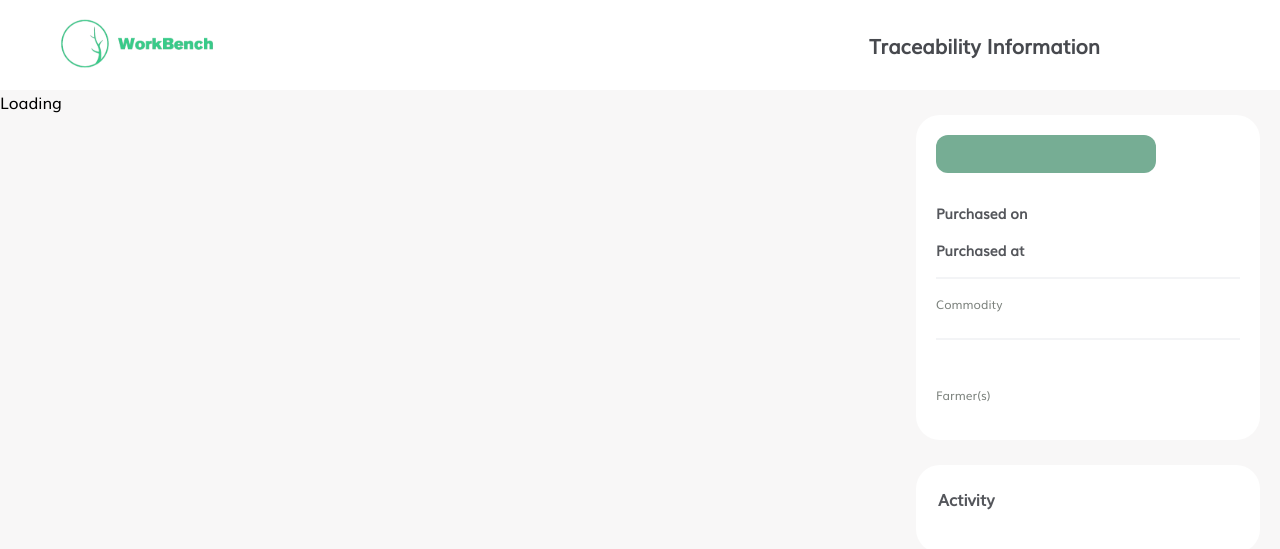
Repository: Hamezry/Traceability-Page
Page: /
These files come from the project's save history. The page is drawn as it stood at one moment and after the next save; the edit follows.
The browser window is 1280 px wide. The pictures show the whole page.
The page's requests for data from a server got no answer. The project was rebuilt for these pictures with package versions that can differ from the ones it lists, and the page was loaded fresh each time. No one was signed in, and anything a server would have sent is missing.

Above is the page before, as saved 2022-09-18 09:28:22.

### public/index.html
<!DOCTYPE html>
<html lang="en">
  <head>
    <meta charset="utf-8" />
    <meta name="viewport" content="width=device-width, initial-scale=1" />
    <meta name="theme-color" content="#000000" />
    <meta
      name="description"
      content="Web site created using create-react-app"
    />
    <link rel="preconnect" href="https://fonts.googleapis.com">
    <link rel="preconnect" href="https://fonts.gstatic.com" crossorigin>
    <!-- <link href="https://fonts.googleapis.com/css2?family=Mulish:wght@300;400;600&display=swap" rel="stylesheet"> -->
    <title>Traceability page</title>
  </head>
  <body>
    <noscript>You need to enable JavaScript to run this app.</noscript>
    <div id="root"></div>

  </body>
</html>

### src/index.css
@tailwind base;
@tailwind components;
@tailwind utilities;

@font-face {
    font-family: 'Muli';
    src: local('Muli'), url("./fonts/Muli-Regular.ttf") format("truetype");
}


@font-face {
    font-family: 'Muli';
    src: url('./fonts/Muli-Regular.ttf') format("truetype");
}

body {
    font-family: 'Muli' !important;
}

### src/App.js
import './index.css';
import Navbar from './components/Navbar';
import Information from './components/Information';
import Sidemap from './components/Sidemap';
import { BrowserRouter, Route, Routes } from 'react-router-dom';

function App() {
  return (
    <BrowserRouter>

      <Routes>

          <Route path='/' element={
            <div>
              <Navbar />
              <div className="lg:flex lg:justify-between w-full  lg:h-[calc(100vh-90px)] lg:overflow-y-hidden bg-[#f8f7f7]">
                <Sidemap />
                <Information />
              </div>

            </div>

          } />

      </Routes>
    </BrowserRouter>
  );
}

export default App;

### src/components/Navbar.js
import React from 'react'
import logo from '../Assets/logo.svg'

const Navbar = () => {
  return (
    <div className='w-full flex justify-center h-[90px] bg-white sticky font-muli  z-30  top-0 lg:items-center lg:justify-between '>

        <img src= {logo} alt='nav-icon' className='h-[80px] w-[188px] lg:ml-[50px]'/>
        <p className='hidden lg:block mr-[230px] lg:mr-[180px] 2xl:mr-[290px] text-[#47494E] font-semibold  text-[20px]'>Traceability Information</p>

    </div>
  )
}

export default Navbar

### src/components/Information.js
import React, { useEffect, useState } from 'react'
import image1 from '../Assets/image-2.png'
import purchased from '../Assets/purchase.svg'
import axios from 'axios'
import { useLocation } from 'react-router-dom'



function Information() {

    const [list, setList] = useState([])
    const search = useLocation().search;
    const qr_code = new URLSearchParams(search).get('qr_code')

    useEffect(() => {
        axios.get(`https://wb3test.afexnigeria.com/WB3/api/v1/traceability/info/${qr_code}`)
            .then(res => {
                setList(res.data.data)
                console.log(res.data)
            }).catch(err => {
                console.log(err)
            })
    }, [qr_code])


    return (
        <div className='lg:h-full  lg:w-[30%] font-muli lg:overflow-y-auto'>

            <div id="TQC" className=" z-10  top-0 flex lg:flex  flex-col px-[20px]">

                <div className="flex-1 flex bg-white lg:w-[100%] lg:mx-auto lg:mt-[25px] flex-col h-[556px] p-[20px] rounded-3xl">

                    {/*TQC */}
                    <div className='mb-4 border-b-2 border-b-gray-100 '>
                        <div className='bg-[#76AD94] text-white text-center py-2 font-semibold text-[16px] max-w-[220px] h-[38px] mb-[30px] rounded-xl'> <p>{list.qr_code}</p></div>
                        <p className='text-[#54565B] text-[14px] mb-4 font-semibold'>Purchased on <span className='font-normal'>{list.purchased_on}</span></p>
                        <p className=' text-[#54565B] text-[14px] mb-4 font-semibold'>Purchased at <span className='font-normal'>{list.purchased_at}</span></p>

                    </div>

                    <div className='mb-4 border-b-2  border-b-gray-100 '>
                        <p className='text-[#7C827D] text-[12px] mb-[25px] '>Commodity</p>
                        <p className='text-[#47494E] text-[14px] mb-4 font-medium '>{list.commodity}</p>

                    </div>

                    <div className='mt-[30px] mb-4'>

                        <p className='text-[#7C827D] text-[12px]'>Farmer(s)</p>

                        {
                            list?.farmers?.map((item, index) => {
                                return (
                                    <div key={index} className='w-[232px] h-[71px] shadow p-3 flex items-center mt-[20px] rounded-xl'>
                                        <img src={image1} alt='profilepic' />
                                        <p className='text-[#47494E] text-[16px] ml-5  font-medium '>{item.first_name} {item.last_name}<br /> <span className='text-[#707673] text-[12px]'>{item.age} years &nbsp; | &nbsp;  {item.gender}</span></p>
                                    </div>
                                )
                            })
                        }



                    </div>


                </div>



            </div>




            <div id="Activity" className=" top-0 flex lg:flex flex-shrink-0 flex-col px-[20px]">

                <div className="flex-1 flex bg-white lg:w-[100%] lg:mx-auto mt-[25px] mb-5 flex-col  h-[900px] p-[22px] rounded-3xl ">

                    <p className='text-[#54565B] mb-5 font-semibold text-[16px]'>Activity</p>

                    {list?.activities?.map((item, index) =>

                        <div key={index} className='flex justify-between stroke-amber-50 text-[#7C827D] 2xl:px-5 lg:px-0 text-[11px]'>

                            <div className='flex gap-2 xl:gap-2 md:gap-8'>

                                <div className='flex flex-col items-center'>
                                    <img src={purchased} alt='recp' />
                                    <div className='border border-dotted border-[#7C827D] min-h-[100px] max-h-[120px] w-[1px]'></div>

                                </div>
                                <div className='flex flex-col lg:w-[160px] md:w-[270px] w-[130px]' >
                                    <p className='font-semibold mt-2 lg:text-[13px]'>{item.action} </p>
                                    <span className='text-[#7C827D] text-[9px] mt-2 lg:text-[11px]'>{item.description}</span>
                                </div>



                            </div>
                            <p className='text-[#76AD94] text-[9px] mt-2 xl:text-[10px]'> <span>{item.created}</span> </p>

                        </div>
                    )}






                </div>





            </div>


        </div>);
}

export default Information

### src/components/Sidemap.js
import React from 'react'
import {useJsApiLoader, GoogleMap, Marker} from '@react-google-maps/api';

const center = {lat:48.8584, lng:2.294}

function Sidemap() {

  const { isLoaded } = useJsApiLoader({
    googleMapsApiKey:process.env.REACT_APP_GOOGLE_MAPS_API_KEY,
  });

  if (!isLoaded){
    return <h1>Loading</h1>
  }
  return (

    <div class= "h-[600px] w-full lg:h-[calc(100vh-90px)] lg:w-[70%]">

      <div className='hidden lg:block p-4 lg:p-0 lg:w-full h-[100%]'>
          <GoogleMap
          mapContainerStyle={{width:'100%', height:'100%'}}
          center={center} zoom={15}
          options={{
            zoomControl:false,
            streetViewControl:false,
            mapTypeControl:false,
            fullscreenControl:false,
          }}
          >
            <Marker position={center}/>

          </GoogleMap>
      </div>

      <div className='lg:hidden p-4 lg:p-0 lg:w-full h-[100%]'>
          <GoogleMap
          mapContainerStyle={{width:'100%', height:'100%', borderRadius:'50px'}}
          center={center} zoom={15}
          options={{
            zoomControl:false,
            streetViewControl:false,
            mapTypeControl:false,
            fullscreenControl:false,
          }}
          >
            <Marker position={center}/>

          </GoogleMap>
      </div>


    </div>

  )
}

export default Sidemap

### tailwind.config.js

/** @type {import('tailwindcss').Config} */
module.exports = {
  content: [
    "./src/**/*.{js,jsx,ts,tsx}",
  ],
  theme: {
    extend: {
      fontFamily:{
        'Muli':['Muli', 'san-serif']
      }
    },
  },
  plugins: [],
}

Loaded but not shown: src/index.js (common file)

After the next save:
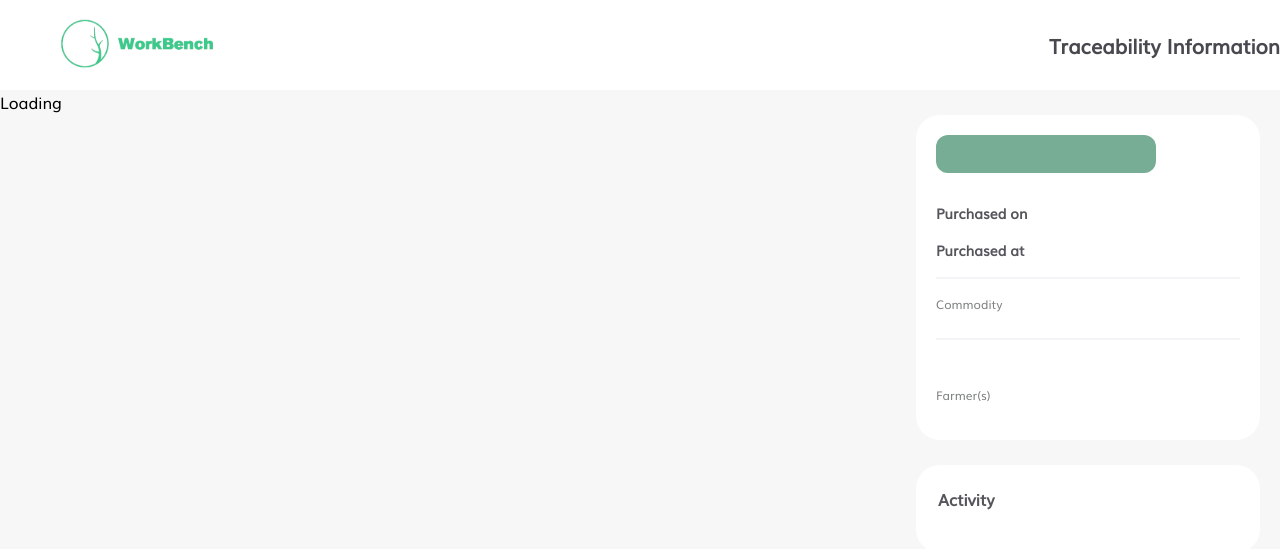
Saved 3 min 30 s later.
--- a/src/components/Navbar.js
+++ b/src/components/Navbar.js
@@ -4,9 +4,16 @@
 const Navbar = () => {
   return (
     <div className='w-full flex justify-center h-[90px] bg-white sticky font-muli  z-30  top-0 lg:items-center lg:justify-between '>
+      <div className='w-[70%]'>
+        <img src={logo} alt='nav-icon' className='h-[80px] w-[188px] lg:ml-[50px]' />
+      </div>
 
-        <img src= {logo} alt='nav-icon' className='h-[80px] w-[188px] lg:ml-[50px]'/>
-        <p className='hidden lg:block mr-[230px] lg:mr-[180px] 2xl:mr-[290px] text-[#47494E] font-semibold  text-[20px]'>Traceability Information</p>
+      <div>
+        <p className='hidden lg:block  text-[#47494E] font-semibold  text-[20px]'>Traceability Information</p>
+
+      </div>
+
+
 
     </div>
   )
